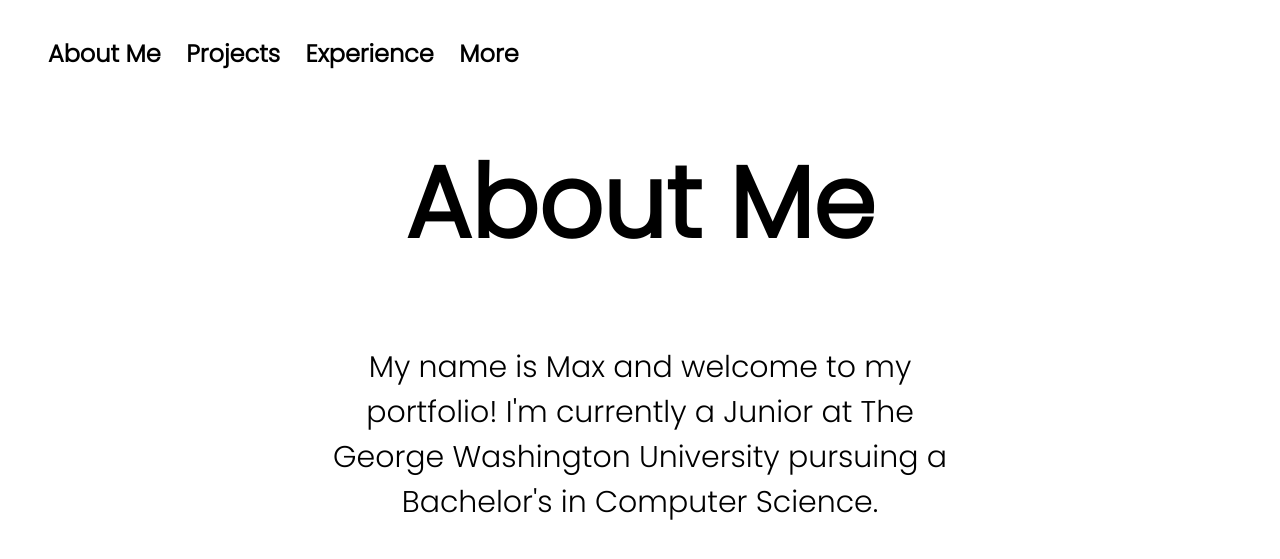
Repository: notMaximilian/maximilianaquino.github.io
Page: about.html
An editor plug-in stored every save of this project. The page is shown before and after the next save, followed by the edit.
The browser window is 1280 px wide. The pictures show the whole page.

Above is the page before, as saved 2022-02-10 09:50:08.

After the next save:
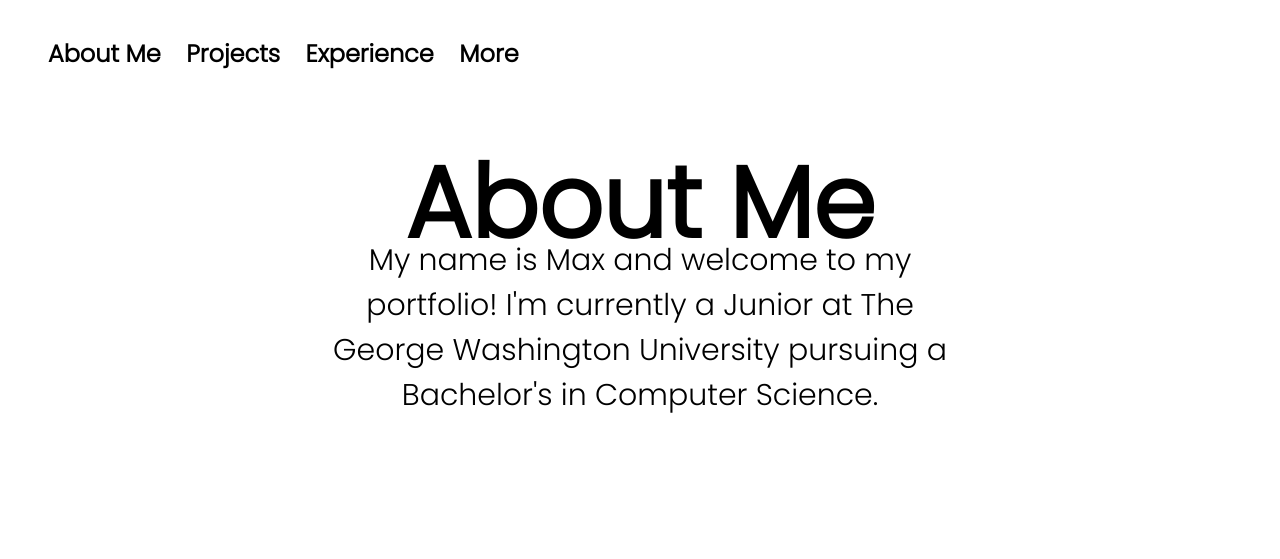
Saved 5 s later.
--- a/css/subpage.css
+++ b/css/subpage.css
@@ -35,7 +35,7 @@ h1{
     text-align: center;
     margin-top: 8vh;
     font-size: 100px;
-    margin
+    margin-bottom: -40px;
 }
 
 p{
